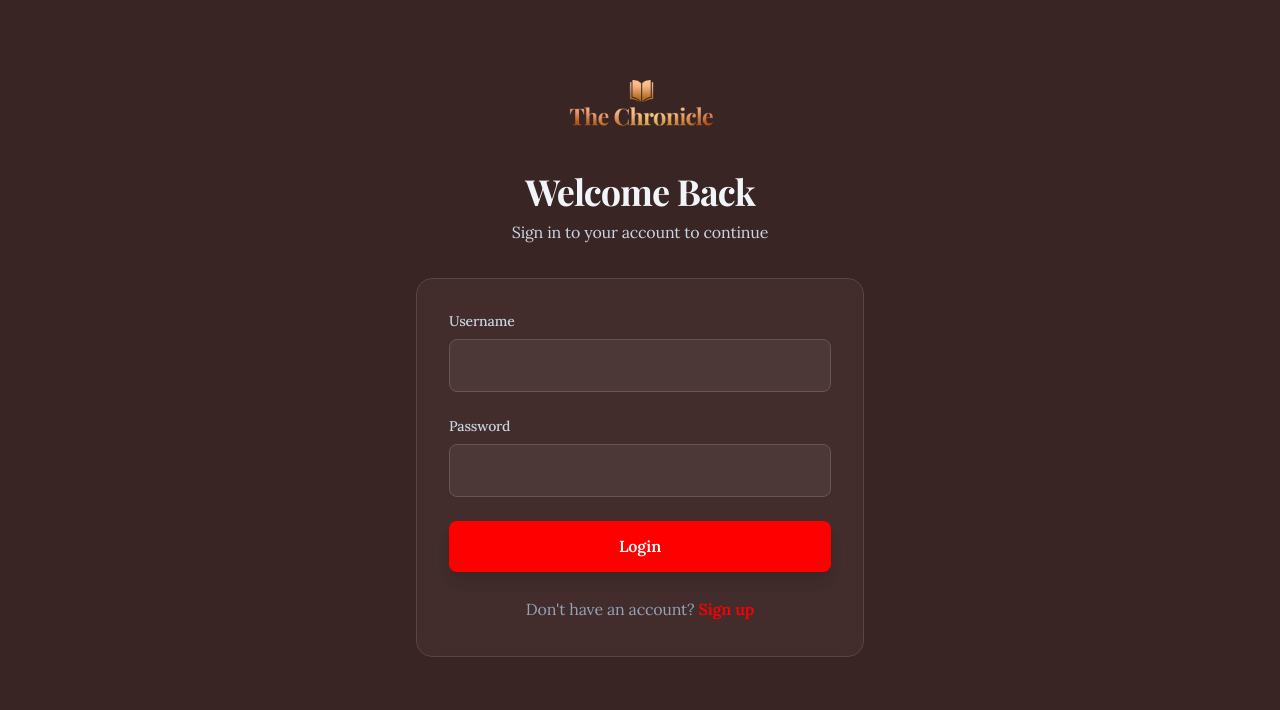
Repository: swaruplamsal/BasicBlogApp
Page: /login (app in blog-frontend/)
The author's editor kept a copy of each file at every save. The page is drawn from the files as they stood at one save, then again after a run of saves.
The browser window is 1280 px wide. The pictures show the whole page.
The page's requests for data from a server got no answer. The project was rebuilt for these pictures with package versions that can differ from the ones it lists, and the page was loaded fresh each time. The framework's server and built-in components were replaced by stand-ins that run in the browser. No one was signed in, and anything a server would have sent is missing. Also part of the build but not shown: blog-frontend/next.config.mjs.

Above is the page before, as saved 2026-02-07 10:33:07.

After the next 3 saves:
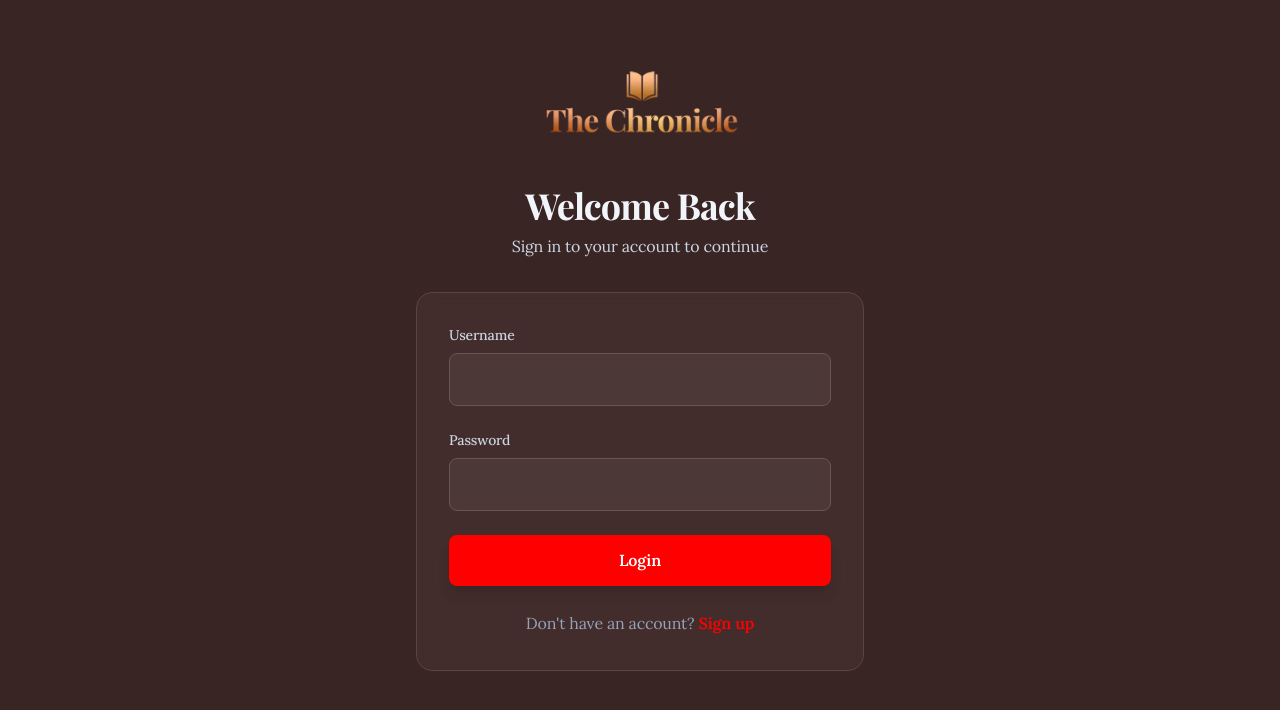
The 3 saves are shown as one change because 1 did not build or start and some came seconds apart.
The last was saved 17 s later.
--- a/blog-frontend/app/login/page.js
+++ b/blog-frontend/app/login/page.js
@@ -47,8 +47,8 @@ export default function LoginPage() {
               <Image
                 src="/images/logo.png"
                 alt="Editorial logo"
-                width={150}
-                height={150}
+                width={200}
+                height={200}
                 className="object-cover"
                 priority
               />
